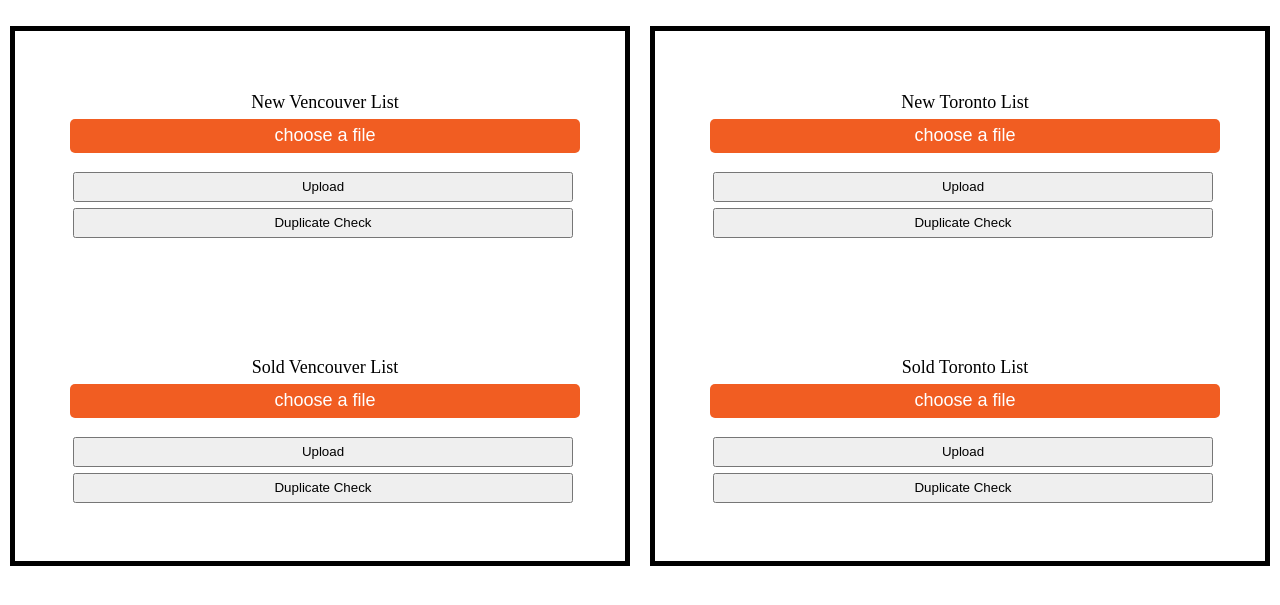
Repository: ah-sabbir/TIAM
Page: src/index.html
These files come from the project's save history. The page is drawn as it stood at one moment and after the next save; the edit follows.
The browser window is 1280 px wide. The pictures show the whole page.

Above is the page before, as saved 2022-05-16 17:28:33.
Console error: TypeError: Cannot read properties of null (reading 'addEventListener')

### src/index.html
<!DOCTYPE html>
<html>
  <head>
    <meta charset="UTF-8">
    <link rel="stylesheet" type="text/css" href="./index.css">
    <title>React-js + Electron + Sqlite3</title>
  </head>
  <body>
    <!-- <h1>React-js + Electron + Sqlite3</h1> -->
    <div id="app">
    </div>
    <div class="container">
      <div class="row">
        <div class="box">
          <label>New Vencouver List</label>
          <input type="file" accept=".csv" id="NewVencouverList" />
          <label for="NewVencouverList" />choose a file</label>
          <button id="btn-NewVencouverList-upload">Upload</button>
          <button id="btn-NewVencouverList-isDuplicate">Duplicate Check</button>
        </div>
        <div class="box">
          <label>Sold Vencouver List</label>
          <input type="file" accept=".csv" id="SoldVencouverList" />
          <label for="SoldVencouverList" />choose a file</label>
          <button id="btn-SoldVencouverList-upload">Upload</button>
          <button id="btn-SoldVencouverList-isDuplicate">Duplicate Check</button>
        </div>
      </div>
      <div class="row">
        <div class="box">
          <label>New Toronto List</label>
          <input type="file" accept=".csv" id="NewTorontoList" />
          <label for="NewTorontoList" />choose a file</label>
          <button id="btn-NewTorontoList-upload">Upload</button>
          <button id="btn-NewTorontoList-isDuplicate">Duplicate Check</button>
        </div>
        <div class="box">
          <label>Sold Toronto List</label>
          <input type="file" accept=".csv" id="SoldTorontoList" />
          <label for="SoldTorontoList" />choose a file</label>
          <button id="btn-SoldTorontoList-upload">Upload</button>
          <button id="btn-SoldTorontoList-isDuplicate">Duplicate Check</button>
        </div>
      </div>
    </div>


    <script src="./index.js"></script>
  </body>
</html>

### src/index.css

@charset "UTF-8";

.container{
    display: flex;
    flex-direction: row;
    align-items: center;
    align-content: center;
    justify-content: center;
}

.row{
    display: flex;
    flex-direction: column;
    margin: 10px;
    border: solid 5px black;
    width: 100%;
    /* min-height: 600px; */
    max-height: 1024px;
}

.box{
    display: flex;
    flex-direction: column;
    align-items: flex-start;
    align-content: center;
    justify-content: center;
    /* height: 200px;
    width: 200px; */
    padding: 50px;
    margin: 5px;
}
button{
    width: 100%;
    height: 30px;
    margin: 3px;
}

label{
    width: 100%;
    text-align: center;
    padding: 5px;
}





[type=file] {
  height: 0;
  overflow: hidden;
  width: 0;
}

[type=file] + label {
    width: 100%;
    background: #f15d22;
    border: none;
    border-radius: 5px;
    color: #fff;
    cursor: pointer;
    display: inline-block;
    font-family: "Rubik", sans-serif;
    font-size: inherit;
    font-weight: 500;
    margin-bottom: 1rem;
    outline: none;
    /* padding: 1rem 50px; */
    /* position: relative; */
    transition: all 0.3s;
    vertical-align: middle;
}
[type=file] + label:hover {
  background-color: #d3460d;
}
[type=file] + label.btn-1 {
  background-color: #f79159;
  box-shadow: 0 6px #f57128;
  transition: none;
}
[type=file] + label.btn-1:hover {
  box-shadow: 0 4px #f57128;
  top: 2px;
}
[type=file] + label.btn-2 {
  background-color: #99c793;
  border-radius: 50px;
  overflow: hidden;
}
[type=file] + label.btn-2::before {
  color: #fff;
  content: "";
  font-family: "Font Awesome 5 Pro";
  font-size: 100%;
  height: 100%;
  right: 130%;
  line-height: 3.3;
  position: absolute;
  top: 0px;
  transition: all 0.3s;
}
[type=file] + label.btn-2:hover {
  background-color: #497f42;
}
[type=file] + label.btn-2:hover::before {
  right: 75%;
}
[type=file] + label.btn-3 {
  background-color: #ee6d9e;
  border-radius: 0;
  overflow: hidden;
}
[type=file] + label.btn-3 span {
  display: inline-block;
  height: 100%;
  transition: all 0.3s;
  width: 100%;
}
[type=file] + label.btn-3::before {
  color: #fff;
  content: "";
  font-family: "Font Awesome 5 Pro";
  font-size: 130%;
  height: 100%;
  left: 0;
  line-height: 2.6;
  position: absolute;
  top: -180%;
  transition: all 0.3s;
  width: 100%;
}
[type=file] + label.btn-3:hover {
  background-color: #ae144f;
}
[type=file] + label.btn-3:hover span {
  transform: translateY(300%);
}
[type=file] + label.btn-3:hover::before {
  top: 0;
}

body {
  font-family: "Literata", serif;
  font-size: 18px;
  line-height: 1.3;
  margin: 1rem 0;
  text-align: center;
}

.wrapper {
  background-color: #fff;
  border-radius: 1rem;
  margin: 0 auto;
  max-width: 500px;
  padding: 2rem;
  width: 100%;
}

.footer {
  font-size: 0.8rem;
  margin-bottom: 0;
  margin-top: 3rem;
}

h1,
p {
  margin-bottom: 2rem;
}

h1 {
  font-family: "Rubik", sans-serif;
  font-size: 1.7rem;
}

a {
  color: #31c1ef;
  text-decoration: none;
}

### src/index.js
const btn = document.getElementById("btn-signal");
const file = document.getElementById("NewVancouver");
var punctuationRegEx = /[!-/:-@[-`{-~¡-©«-¬®-±´¶-¸»¿×÷˂-˅˒-˟˥-˫˭˯-˿͵;΄-΅·϶҂՚-՟։-֊־׀׃׆׳-״؆-؏؛؞-؟٪-٭۔۩۽-۾܀-܍߶-߹।-॥॰৲-৳৺૱୰௳-௺౿ೱ-ೲ൹෴฿๏๚-๛༁-༗༚-༟༴༶༸༺-༽྅྾-࿅࿇-࿌࿎-࿔၊-၏႞-႟჻፠-፨᎐-᎙᙭-᙮᚛-᚜᛫-᛭᜵-᜶។-៖៘-៛᠀-᠊᥀᥄-᥅᧞-᧿᨞-᨟᭚-᭪᭴-᭼᰻-᰿᱾-᱿᾽᾿-῁῍-῏῝-῟῭-`´-῾\u2000-\u206e⁺-⁾₊-₎₠-₵℀-℁℃-℆℈-℉℔№-℘℞-℣℥℧℩℮℺-℻⅀-⅄⅊-⅍⅏←-⏧␀-␦⑀-⑊⒜-ⓩ─-⚝⚠-⚼⛀-⛃✁-✄✆-✉✌-✧✩-❋❍❏-❒❖❘-❞❡-❵➔➘-➯➱-➾⟀-⟊⟌⟐-⭌⭐-⭔⳥-⳪⳹-⳼⳾-⳿⸀-\u2e7e⺀-⺙⺛-⻳⼀-⿕⿰-⿻\u3000-〿゛-゜゠・㆐-㆑㆖-㆟㇀-㇣㈀-㈞㈪-㉃㉐㉠-㉿㊊-㊰㋀-㋾㌀-㏿䷀-䷿꒐-꓆꘍-꘏꙳꙾꜀-꜖꜠-꜡꞉-꞊꠨-꠫꡴-꡷꣎-꣏꤮-꤯꥟꩜-꩟﬩﴾-﴿﷼-﷽︐-︙︰-﹒﹔-﹦﹨-﹫！-／：-＠［-｀｛-･￠-￦￨-￮￼-�]|\ud800[\udd00-\udd02\udd37-\udd3f\udd79-\udd89\udd90-\udd9b\uddd0-\uddfc\udf9f\udfd0]|\ud802[\udd1f\udd3f\ude50-\ude58]|\ud809[\udc00-\udc7e]|\ud834[\udc00-\udcf5\udd00-\udd26\udd29-\udd64\udd6a-\udd6c\udd83-\udd84\udd8c-\udda9\uddae-\udddd\ude00-\ude41\ude45\udf00-\udf56]|\ud835[\udec1\udedb\udefb\udf15\udf35\udf4f\udf6f\udf89\udfa9\udfc3]|\ud83c[\udc00-\udc2b\udc30-\udc93]/g;
// const electron = require('electron');
// const path = require('path');

btn.addEventListener("click",function(){
   var path = file.files[0].path
   window.api.readTorontoSoldCSV(path);
});















// btn.addEventListener("click",function(){
//     // window.api.readTorontoSoldCSV()
//     // Owner = "this is test owner";
//     // PropertyAddress = "1712-125 Redpath Ave";
//     // City = "Toronto";
//     // State = "Ontario";
//     // ZipCode = "M4S 0B5";

//     // FullAddressCleaned = (PropertyAddress+City+State+ZipCode).replaceAll(punctuationRegEx, '').replace(/(\s){2,}/g, '$1').toLowerCase().replaceAll(/\s/g,'');
//     // window.api.create_Sold_Toronto(Owner, PropertyAddress, City, State, ZipCode, FullAddressCleaned);
// })

After the next save:
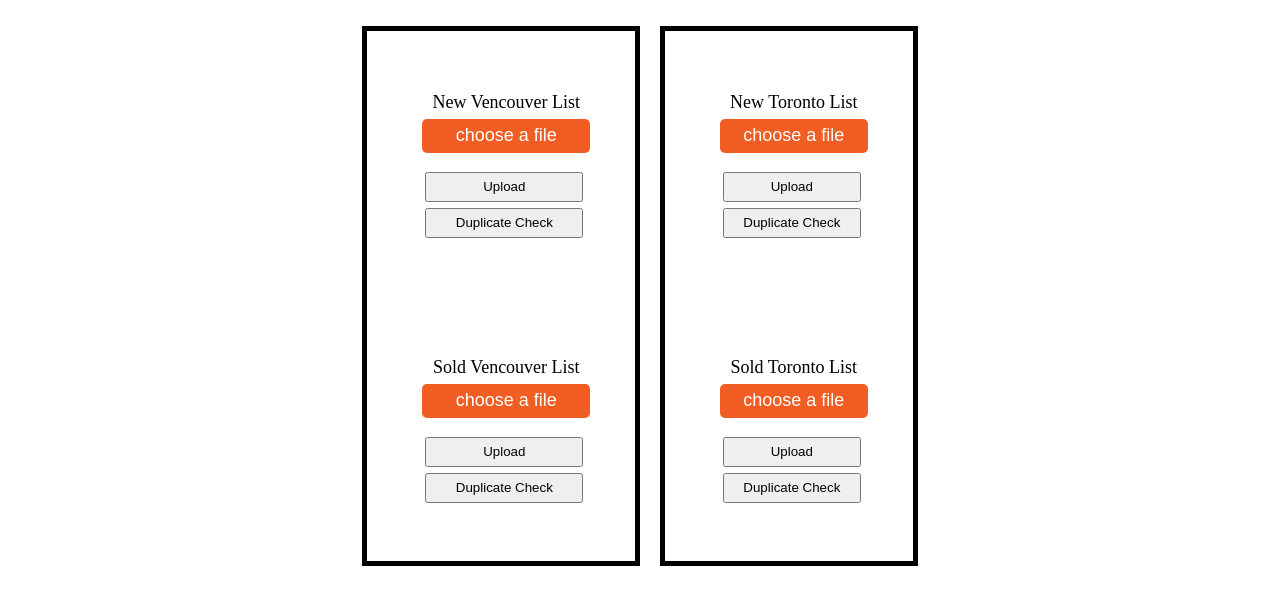
Saved 11 s later.
--- a/src/index.css
+++ b/src/index.css
@@ -14,7 +14,7 @@
     flex-direction: column;
     margin: 10px;
     border: solid 5px black;
-    width: 100%;
+    /* width: 100%; */
     /* min-height: 600px; */
     max-height: 1024px;
 }

After the 2 saves that followed:
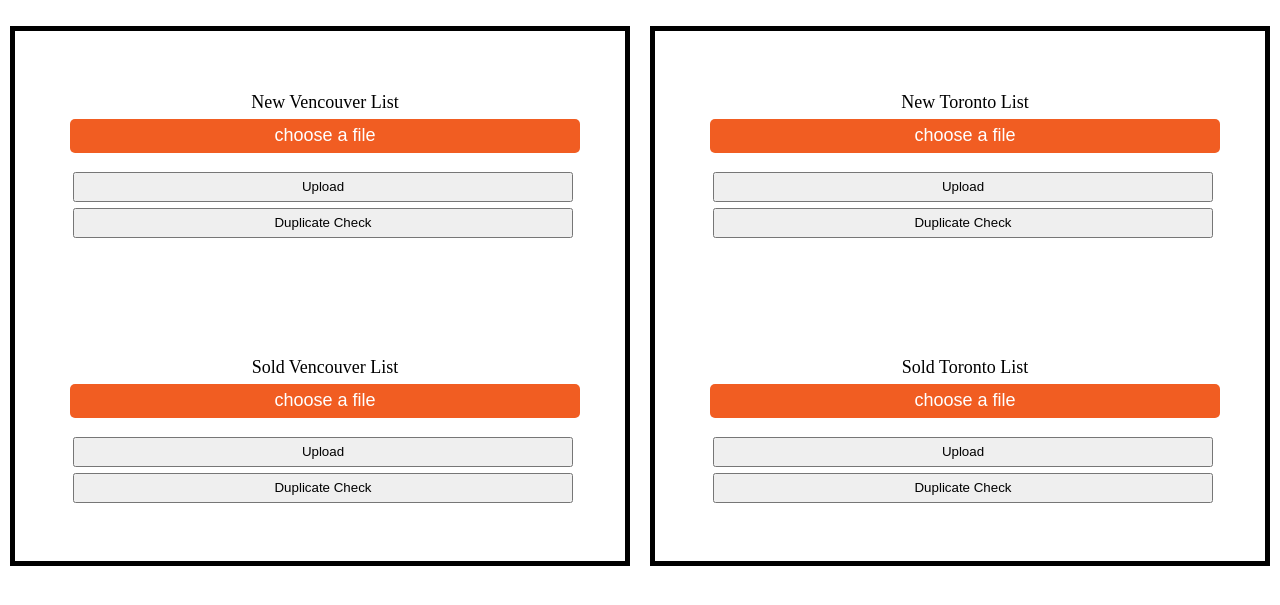
The 2 saves are shown as one change because they came seconds apart.
The last was saved 15 s later.
--- a/src/index.css
+++ b/src/index.css
@@ -14,9 +14,9 @@
     flex-direction: column;
     margin: 10px;
     border: solid 5px black;
-    /* width: 100%; */
+    width: 100%;
     /* min-height: 600px; */
-    max-height: 1024px;
+    /* max-height: 1024px; */
 }
 
 .box{
